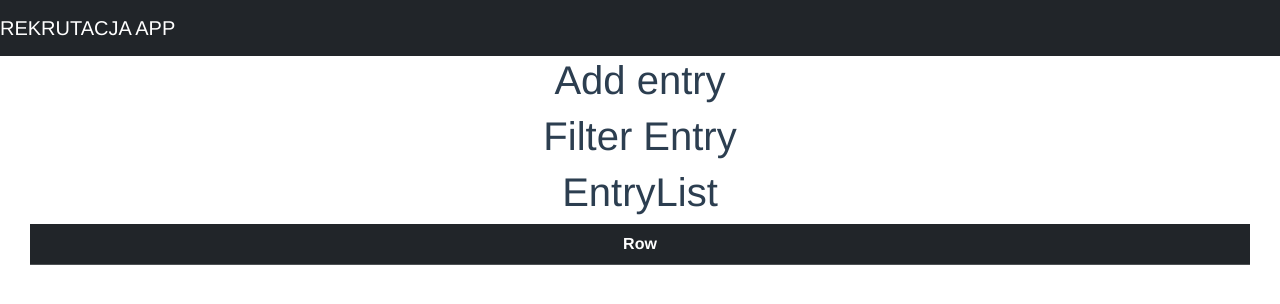
Repository: Madaless/vue_elastic
Page: / (app in vuejsapp/crudapp/)
These files come from the project's save history. The page is drawn as it stood at one moment and after the next save; the edit follows.
The browser window is 1280 px wide. The pictures show the whole page.
The page's requests for data from a server got no answer. The project was rebuilt for these pictures with package versions that can differ from the ones it lists, and the page was loaded fresh each time. No one was signed in, and anything a server would have sent is missing.

Above is the page before, as saved 2021-09-12 11:46:27.

### vuejsapp/crudapp/src/main.js
import Vue from 'vue'
import App from './App.vue'
import store from  './store/index'
import { BootstrapVue, IconsPlugin } from 'bootstrap-vue'

// Import Bootstrap an BootstrapVue CSS files (order is important)
import 'bootstrap/dist/css/bootstrap.css'
import 'bootstrap-vue/dist/bootstrap-vue.css'

// Make BootstrapVue available throughout your project
Vue.use(BootstrapVue)
// Optionally install the BootstrapVue icon components plugin
Vue.use(IconsPlugin)

Vue.config.productionTip = false

new Vue({
  store,
  render: h => h(App),
}).$mount('#app')

### vuejsapp/crudapp/src/App.vue
<template>
  <div id="app">
    <b-navbar class="navbar navbar-expand navbar-dark bg-dark">
      <b-navbar-brand href="#">REKRUTACJA APP</b-navbar-brand>
    </b-navbar>
    <AddEntry />
    <FilterEntry />
    <EntryList />
  </div>
</template>

<script>
import AddEntry from "./components/AddEntry.vue";
import FilterEntry from "./components/FilterEntry.vue";
import EntryList from "./components/EntryList.vue";

export default {
  name: "App",
  components: {
    AddEntry,
    FilterEntry,
    EntryList,
  },
};
</script>

<style>
#app {
  font-family: Avenir, Helvetica, Arial, sans-serif;
  -webkit-font-smoothing: antialiased;
  -moz-osx-font-smoothing: grayscale;
  text-align: center;
  color: #2c3e50;
}
</style>

### vuejsapp/crudapp/src/store/index.js
import Vuex from 'vuex';
import Vue from 'vue';
import entryList from './modules/entryList';

Vue.use(Vuex);

export default new Vuex.Store({
    modules: {
        entryList
    }
})

### vuejsapp/crudapp/src/components/AddEntry.vue
<template>
    <div>
        <h1>Add entry</h1>
    </div>
</template>

<script>

export default ({
    setup() {

    },
})
</script>

<style scoped>

</style>

### vuejsapp/crudapp/src/components/FilterEntry.vue
<template>
    <div>
        <h1>Filter Entry</h1>
    </div>
</template>

<script>

export default ({
    setup() {

    },
})
</script>

<style scoped>

</style>

### vuejsapp/crudapp/src/components/EntryList.vue
<template>
  <div id="entryList">
    <h1>EntryList</h1>

    <div class="todos">
      <table class="table table-striped table-dark">
        <thead>
          <tr>
            <th>Row</th>
          </tr>
        </thead>
        <tbody>
          <tr v-for="entry in entryList" v-bind:key="entry.key">

              <td>{{ entry.title }}</td>
            </tr>

        </tbody>
      </table>
    </div>
  </div>
</template>

<script>
import { mapGetters, mapActions } from "vuex";

export default {
  name: "EntryList",
  methods: {
    ...mapActions(["fetchEntryList"]),
  },
  computed: mapGetters(["entryList"]),
  created() {
    this.fetchEntryList();
  },
};
</script>

<style scoped>
#entryList {
  padding-left: 30px;
  padding-right: 30px;
}
</style>

### vuejsapp/crudapp/src/store/modules/entryList.js
import axios from 'axios';

const state = {
  entryList: []
};
// get the state
const getters = {
  entryList: (state) => {
    return state.entryList
  }
};

const actions = {
    // fetch from api
  async fetchEntryList({ commit }) {
    const response = await axios.get('https://jsonplaceholder.typicode.com/todos');

    commit('setEntryList', response.data);
  }
}

const mutations = {
    setEntryList: (state, entryList) => (state.entryList = entryList)
};

export default {
    state,
    getters,
    actions,
    mutations
};

Loaded but not shown: vuejsapp/crudapp/public/index.html (common file)

After the next save:
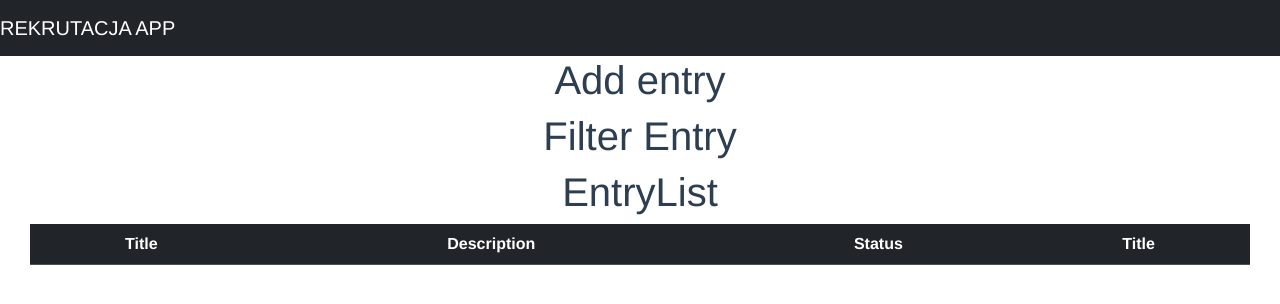
Saved 78 s later.
--- a/vuejsapp/crudapp/src/components/EntryList.vue
+++ b/vuejsapp/crudapp/src/components/EntryList.vue
@@ -6,7 +6,10 @@
       <table class="table table-striped table-dark">
         <thead>
           <tr>
-            <th>Row</th>
+            <th>Title</th>
+            <th>Description</th>
+            <th>Status</th>
+            <th>Title</th>
           </tr>
         </thead>
         <tbody>
